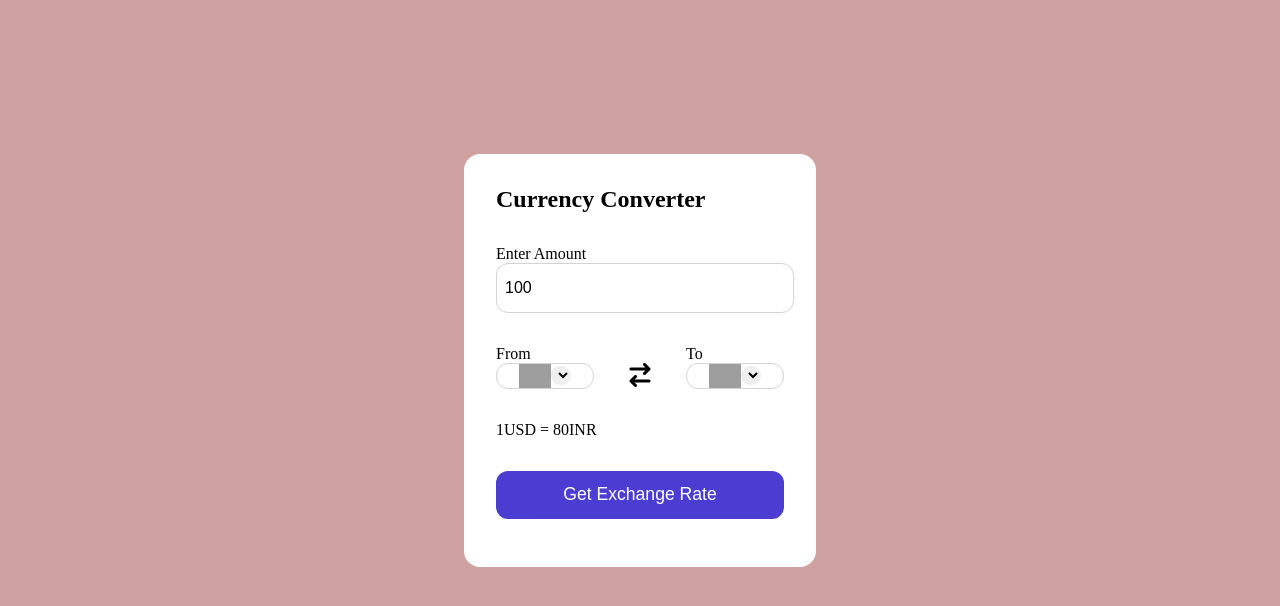
Repository: Chiranshukapil/Currency-Converter
Page: index.html
An editor plug-in stored every save of this project. The page is shown before and after a run of saves, followed by the edit.
The browser window is 1280 px wide. The pictures show the whole page.
Pictures or frames that could not be fetched are drawn as grey boxes.

Above is the page before, as saved 2024-07-01 06:44:38.
Console error: SyntaxError: Unexpected token ')'

After the next 3 saves:
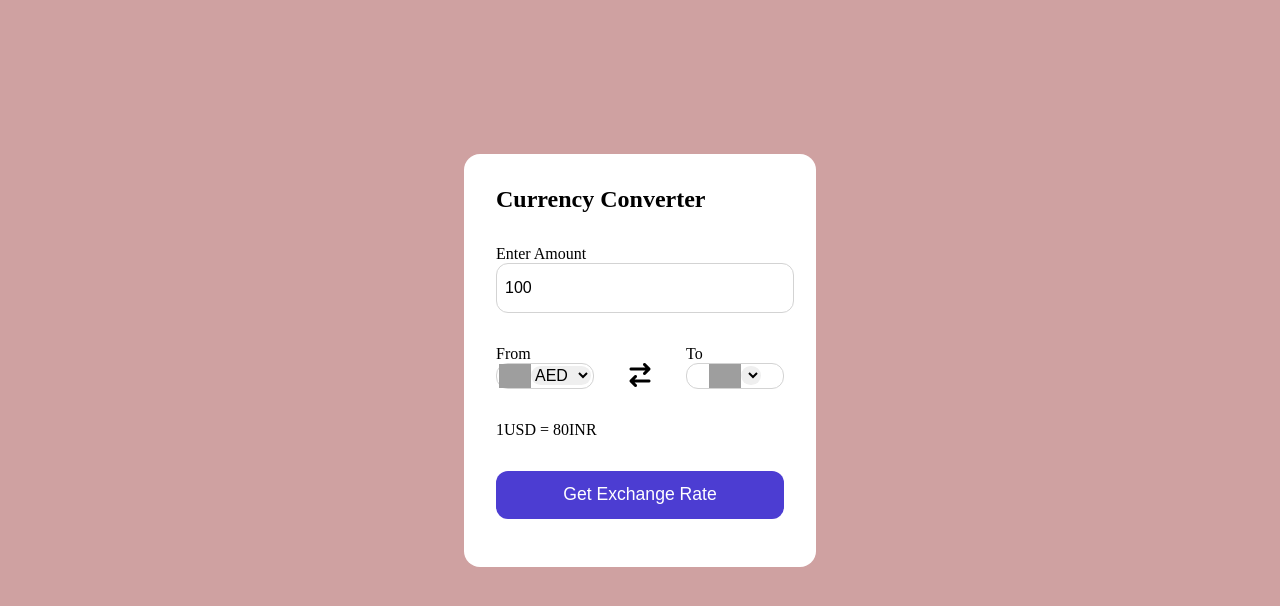
Console error: ReferenceError: ne is not defined
The 3 saves are shown as one change because they came seconds apart.
The last was saved 7 s later.
--- a/script.js
+++ b/script.js
@@ -10,7 +10,9 @@ for(let select of dropdowns){
         newoption.innerText = currcode;
         newoption.value = currcode;
         select.append(newoption);
-        if(select.name === "from" && currcode ===)
+        if(select.name === "from" && currcode === "USD"){
+            ne
+        }
     }
 
 }
